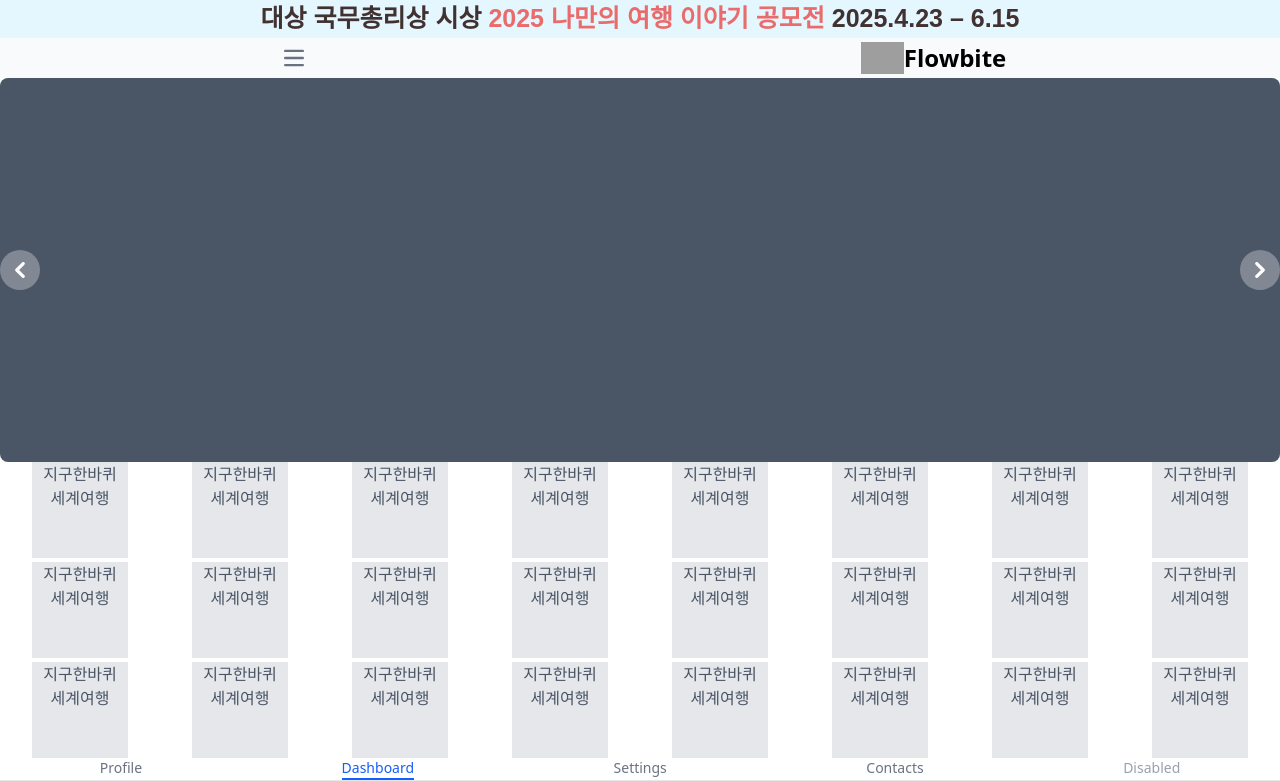
Repository: hyerim1234/travelblog
Page: html/index.html
These files come from the project's save history. The page is drawn as it stood at one moment and after a run of saves; the edit follows.
The browser window is 1280 px wide. The pictures show the whole page.
Pictures or frames that could not be fetched are drawn as grey boxes. Some web fonts or font styles are not loaded; a fallback is used. The style sheet was rebuilt from its Sass, Less or Tailwind sources for each picture, by a compiler version that may differ from the author's.

Above is the page before, as saved 2025-05-19 16:04:04.

After the next 2 saves:
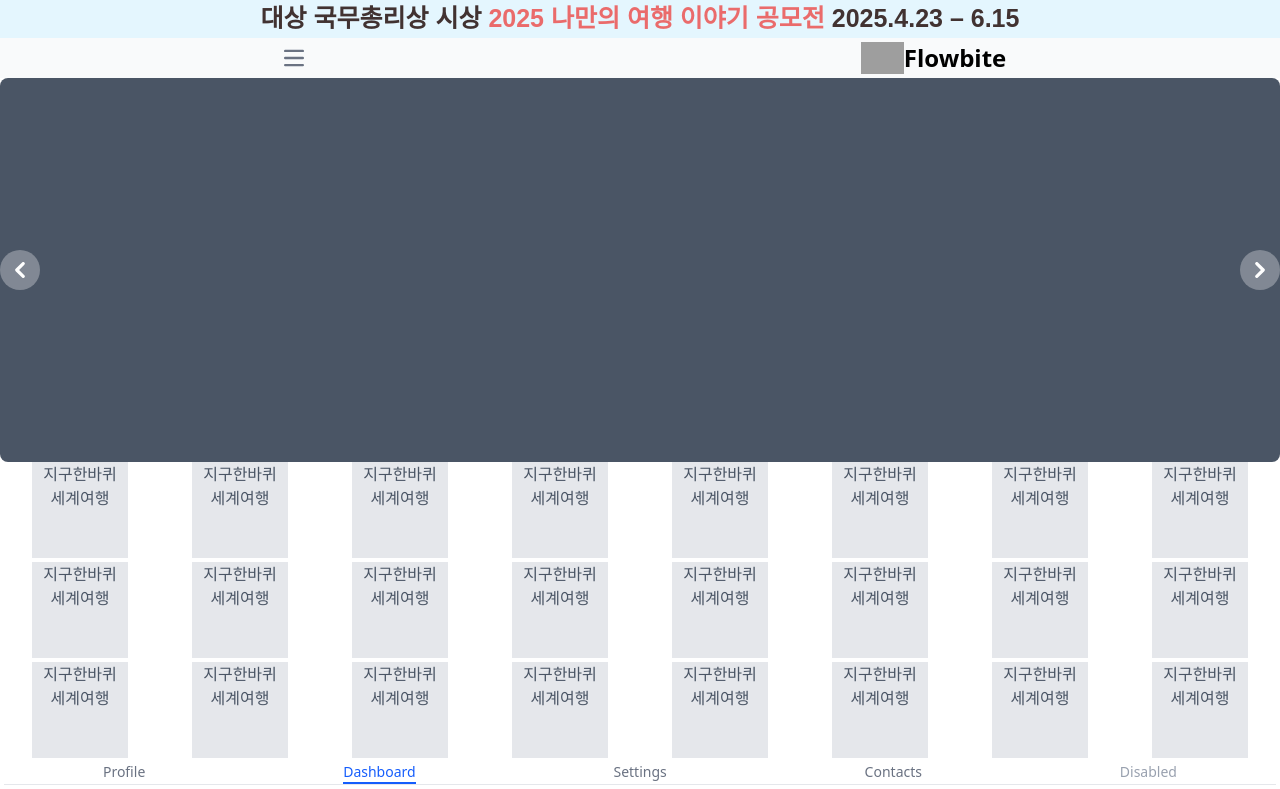
The 2 saves are shown as one change because they came seconds apart.
The last was saved 8 s later.
--- a/html/index.html
+++ b/html/index.html
@@ -224,7 +224,7 @@
 
   <!-- 요일별 연재 : 탭 기능 -->
 
-    <section class="mt-8">
+    <section class="mt-8" style="margin: 4px;">
       <div class="text-sm font-medium text-center text-gray-500 border-b border-gray-200 dark:text-gray-400 dark:border-gray-700">
         <ul class="flex flex-wrap -mb-px">
             <li class="me-2">
